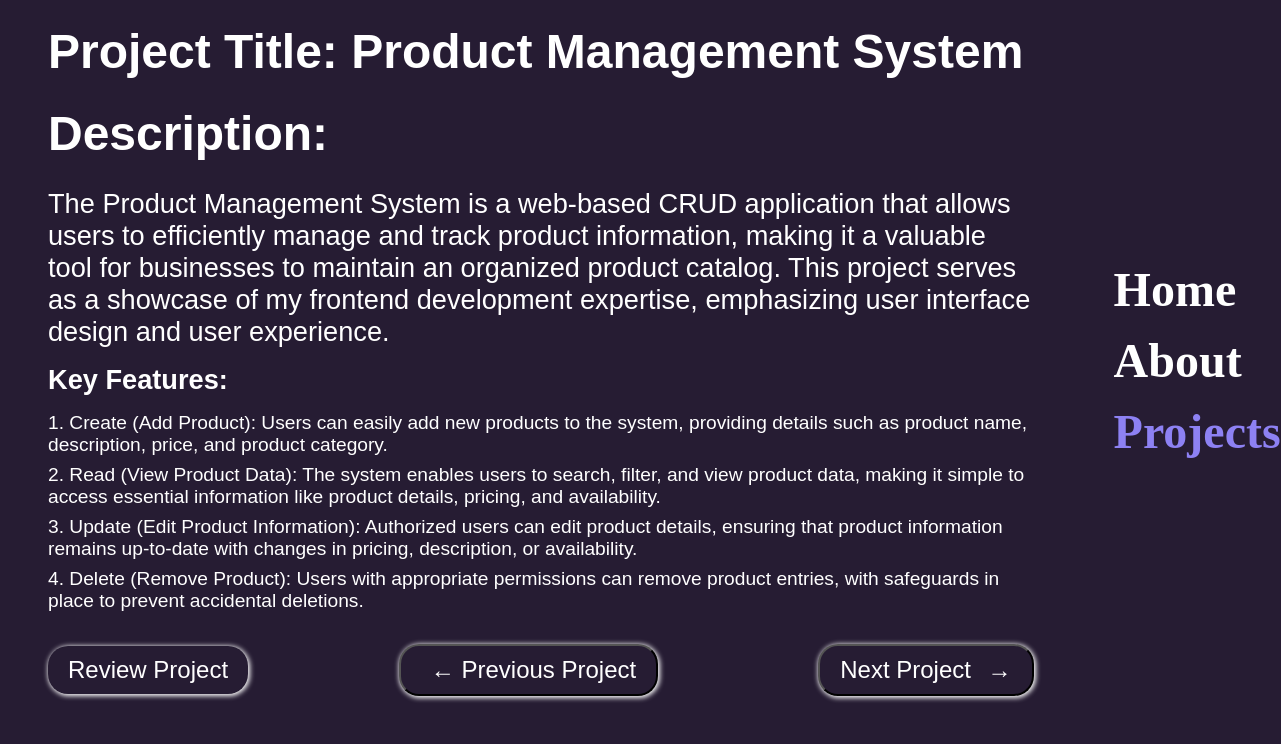
Repository: ahamdy997/portfolio
Page: /projects
An editor plug-in stored every save of this project. The page is shown before and after the next save, followed by the edit.
The browser window is 1280 px wide. The page is 1281 px wide, so the pictures cover 1281 px, including what lies to the right of the window. The pictures show the whole page.
The project was rebuilt for these pictures with package versions that can differ from the ones it lists, and the page was loaded fresh each time. Also part of the build but not shown: vue.config.js, src/components/HelloWorld.vue, src/views/HomeView.vue.

Above is the page before, as saved 2023-11-06 02:04:51.

### src/App.vue
<template>
  <div class="flex">
    <router-view />
    <header>
      <nav>
        <router-link to="/">Home</router-link>
        <router-link to="/about">About</router-link>
        <router-link to="/projects">Projects</router-link>
      </nav>
    </header>
  </div>
</template>

<style>
* {
  box-sizing: border-box;
  padding: 0;
  margin: 0;
}
#app {
  width: 100%;
  height: 100vh;
  display: flex;
  align-items: center;
  justify-content: space-between;
  text-align: center;
}
.flex {
  display: flex;
  align-items: center;
  justify-content: space-between;
  padding: 3rem;
  gap: 5rem;
  width: 100%;
}
header {
  font-size: 1.7rem;
  width: 10%;
}

nav {
  text-align: center;
  display: flex;
  flex-direction: column;
  gap: 1rem;
  margin-right: 1.5rem;
}
body {
  font-family: sans-serif;
  background: #261c33;
  /* background: yellow; */
  color: #fff;
}
nav a {
  font-family: serif;
  font-weight: bold;
  color: #fff;
  text-decoration: none;
  font-size: 3rem;
  transition: all 0.2s;
}
nav a:hover {
  font-style: italic;
  transform: translateX(10px);
}

nav a.router-link-exact-active {
  color: #8d81f3;
}
</style>

### src/router/index.js
import { createRouter, createWebHistory } from "vue-router";
import HomeView from "../views/HomeView.vue";

const routes = [
  {
    path: "/",
    name: "home",
    component: HomeView,
  },
  {
    path: "/about",
    name: "about",
    // route level code-splitting
    // this generates a separate chunk (about.[hash].js) for this route
    // which is lazy-loaded when the route is visited.
    component: () =>
      import(/* webpackChunkName: "about" */ "../views/AboutView.vue"),
  },
  {
    path: "/projects",
    name: "project",
    // route level code-splitting
    // this generates a separate chunk (about.[hash].js) for this route
    // which is lazy-loaded when the route is visited.
    component: () =>
      import(/* webpackChunkName: "about" */ "../views/ProjectView.vue"),
  },
];

const router = createRouter({
  history: createWebHistory(process.env.BASE_URL),
  routes,
});

export default router;

### src/views/ProjectView.vue
<template>
  <div>
    <component :is="component"></component>
    <div class="view">
      <a href="https://ahamdy997.github.io/CRUDS-System/" target="_blank"
        >Review Project</a
      >
      <div class="control">
        <button type="button" @click="counter--">
          <span>&larr;</span>
          Previous Project
        </button>
        <button type="button" @click="controlComponent">
          Next Project <span>&rarr;</span>
        </button>
      </div>
    </div>
  </div>
</template>
<style scoped>
.view {
  display: flex;
  justify-content: space-between;
  align-items: center;
}
button,
a {
  background-color: #261c33;
  margin-top: 1.5rem;
  padding: 10px 20px;
  color: white;
  box-shadow: 1px 1px 5px 1px white;
  border-radius: 20px;
  cursor: pointer;
  text-decoration: none;
  transition: all 0.5s;
  /* font-weight: bold; */
  font-size: 1.5rem;
}
button:hover {
  transform: translateX(10px);
}
a:hover {
  transform: translateY(5px);
}
span {
  margin-left: 10px;
}
.control {
  display: flex;
  gap: 10rem;
}
</style>

<script>
import CRUD from "../components/TheCRUD.vue";
import Bankist from "../components/TheWeather.vue";
export default {
  components: { CRUD, Bankist },
  data() {
    return {
      counter: 0,
      component: "CRUD",
    };
  },
  methods: {
    controlComponent() {
      this.counter++;
      if (this.counter === 1) {
        this.component = "Bankist";
      }
    },
  },
};
</script>

### src/components/TheCRUD.vue
<template>
  <div>
    <h2>Project Title: Product Management System</h2>
    <h2>Description:</h2>
    <p>
      The Product Management System is a web-based CRUD application that allows
      users to efficiently manage and track product information, making it a
      valuable tool for businesses to maintain an organized product catalog.
      This project serves as a showcase of my frontend development expertise,
      emphasizing user interface design and user experience.
    </p>
    <ol>
      <h3>Key Features:</h3>
      <li>
        Create (Add Product): Users can easily add new products to the system,
        providing details such as product name, description, price, and product
        category.
      </li>
      <li>
        Read (View Product Data): The system enables users to search, filter,
        and view product data, making it simple to access essential information
        like product details, pricing, and availability.
      </li>
      <li>
        Update (Edit Product Information): Authorized users can edit product
        details, ensuring that product information remains up-to-date with
        changes in pricing, description, or availability.
      </li>
      <li>
        Delete (Remove Product): Users with appropriate permissions can remove
        product entries, with safeguards in place to prevent accidental
        deletions.
      </li>
    </ol>
  </div>
</template>

<style>
div {
  text-align: left;
}

h2 {
  margin-bottom: 1.7rem;
  font-size: 3rem;
}
p {
  font-size: 1.7rem;
  margin-bottom: 1rem;
}
h3 {
  margin-bottom: 1rem;
  font-size: 1.7rem;
}

li {
  list-style-position: inside;
  font-size: 1.2rem;
  margin-bottom: 0.5rem;
}
</style>

### src/components/TheWeather.vue
<template>
  <div>
    <h2>Project Title: Bankist</h2>
    <h2>Description:</h2>
    <p>
      The Online Bank System Frontend is a critical component of a comprehensive
      online banking platform, designed to provide customers with a secure,
      intuitive, and user-friendly interface for managing their financial
      accounts. As a frontend developer, this project showcases my expertise in
      creating polished and responsive web interfaces for the financial sector.
    </p>
    <ol>
      <h3>Key Features:</h3>
      <li>
        <strong>Account Overview:</strong> Users can easily view their account
        balances, transaction history, and recent activity on the dashboard,
        offering a clear snapshot of their financial status.
      </li>
      <li>
        <strong>Transfers and Payments:</strong> The application enables
        customers to transfer funds between accounts, make bill payments, and
        manage recurring transactions efficiently, and ask for loan.
      </li>
      <li>
        <strong>Account Management: </strong>Users have the ability to open
        update personal information, and close accounts through a user-friendly
        and intuitive interface. (Opening Accounts Feature Will Be Added Soon)
      </li>
    </ol>

    <p>For Now you can test the application with those accounts</p>
    <ul>
      <li>username: ah password:6666</li>
      <li>
        username: js password:1111 "Portuguese account so the date and time
        written in Portuguese defined through API "
      </li>
      <li>username: sz password:5555</li>
    </ul>
  </div>
</template>
<style>
img {
  width: 100%;
}
div {
  text-align: left;
}

h2 {
  margin-bottom: 1.7rem;
  font-size: 3rem;
}
p {
  font-size: 1.7rem;
  margin-bottom: 1rem;
}
h3 {
  margin-bottom: 1rem;
  font-size: 1.7rem;
}

li {
  list-style-position: inside;
  font-size: 1.2rem;
  margin-bottom: 0.5rem;
}
</style>

Loaded but not shown: public/index.html (common file); src/main.js (common file)

After the next save:
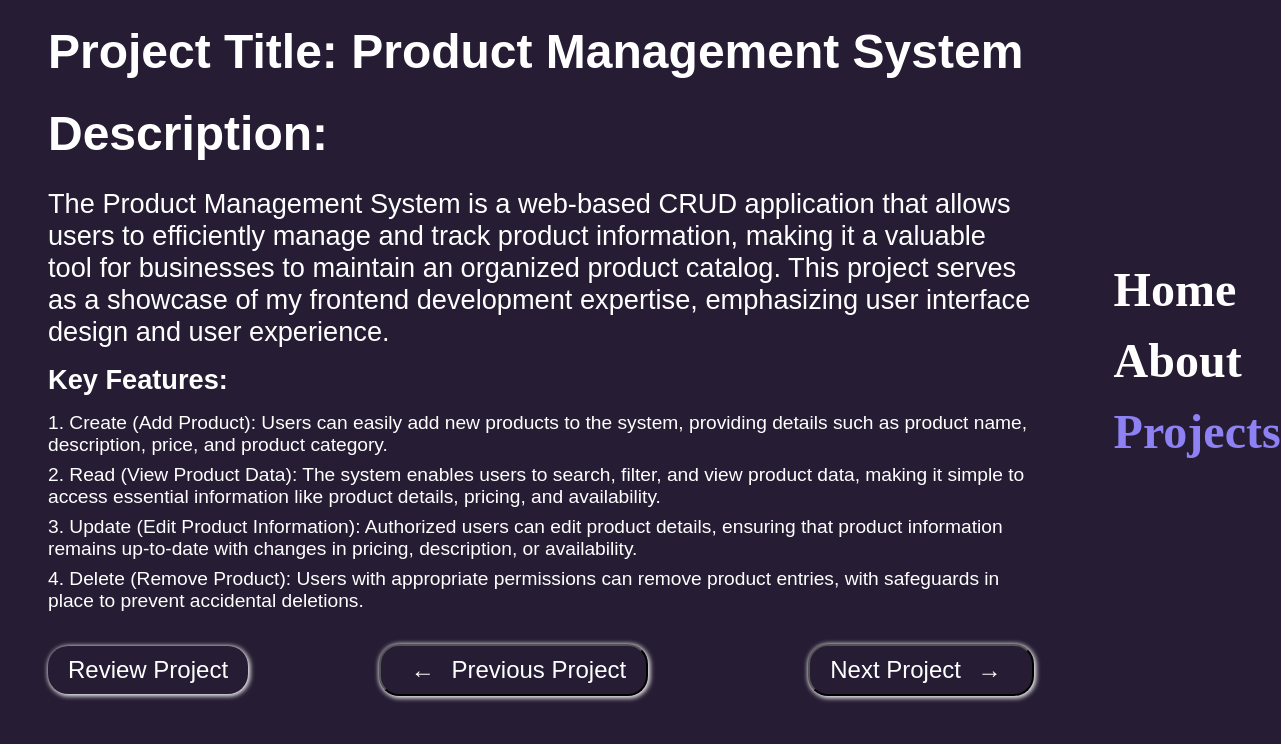
Saved 21 s later.
--- a/src/views/ProjectView.vue
+++ b/src/views/ProjectView.vue
@@ -44,7 +44,7 @@ a:hover {
   transform: translateY(5px);
 }
 span {
-  margin-left: 10px;
+  margin: 10px;
 }
 .control {
   display: flex;
